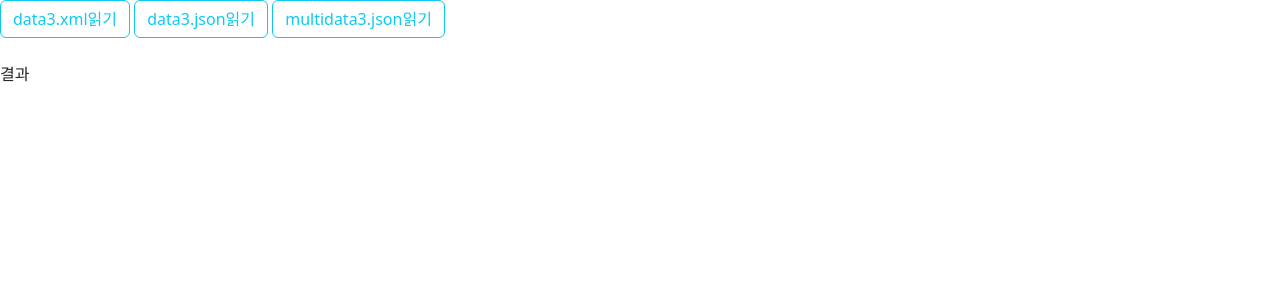
Repository: GANADAG/jspProject
Page: JspProject/src/main/webapp/ajax0304/readData3.html
These files come from the project's save history. The page is drawn as it stood at one moment and after the next save; the edit follows.
The browser window is 1280 px wide. The pictures show the whole page.
Some web fonts or font styles are not loaded; a fallback is used.

Above is the page before, as saved 2024-03-04 05:46:44.
Console error: SyntaxError: Unexpected end of input

### JspProject/src/main/webapp/ajax0304/readData3.html
<!DOCTYPE html>
<html>
<head>
<meta charset="UTF-8">
<link href="https://cdn.jsdelivr.net/npm/bootstrap@5.3.2/dist/css/bootstrap.min.css" rel="stylesheet">
<link href="https://fonts.googleapis.com/css2?family=Diphylleia&family=Dongle&family=Noto+Sans+KR:wght@100..900&family=Orbit&family=Stylish&display=swap" rel="stylesheet">
<script src="https://code.jquery.com/jquery-3.7.0.js"></script>
<title>Insert title here</title>

</head>
<body>
	<button type="button" class="btn btn-outline-info"
	id="btn1">data3.xml읽기</button>

	<button type="button" class="btn btn-outline-info"
	id="btn2">data3.json읽기</button>

	<button type="button" class="btn btn-outline-info"
	id="btn3">multidata3.json읽기</button>

	<br><br>
	<div id="result">결과</div>

	<script type="text/javascript">
	$(function(){
	//xml3
	$("#btn1").click(function(){
		$.ajax({
			type:"get",
			url:"data3.xml",
			dataType:"xml",
			success:function(data){
				var s="";
				//idx는 0부터,ele는 각 태그값,여기서는 stu각각이 ele로 넘어옴
				$(data).find("stu").each(function(idx,ele){
					var e=$(ele);
					s+="idx:"+idx+"<br>";
					s+="이름: "+e.attr("name")+"<br>";
					s+="Java: "+e.find("java").text()+"<br>";
					s+="Spring: "+e.find("spring").text()+"<br>";
					s+="Ajax: "+e.find("ajax").text()+"<br>";
					s+="==========================<br>";

				});

				$("#result").html(s);



			}
		})
	});

	$("#btn2").clicck(function(){
		var s="";
		$.ajax({
			type:"get",
			url:"data3.json",
			dataType:"json",
			success:function(data){
				$.each(data,function(idx,ele){
					s+="idx: "+idx+"<br>";
					s+="Name: "+ele.name+"<br>";
					s+="city: "+ele.city+"<br>";
					s+="hp: "+ele.hp+"<br>";
					s+="detailaddr: "+(ele.detailaddr==null?"상세주소없음":ele.detailaddr)+"<br>";
				});
				$("#result").html(s);
			}
		});
	});


	</script>
</body>
</html>

After the next save:
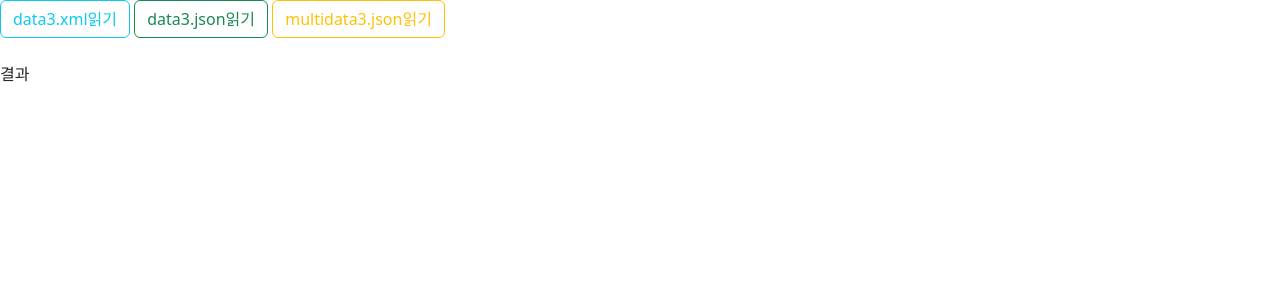
The error is gone.
Saved 19 min 17 s later.
--- a/JspProject/src/main/webapp/ajax0304/readData3.html
+++ b/JspProject/src/main/webapp/ajax0304/readData3.html
@@ -3,74 +3,112 @@
 <head>
 <meta charset="UTF-8">
 <link href="https://cdn.jsdelivr.net/npm/bootstrap@5.3.2/dist/css/bootstrap.min.css" rel="stylesheet">
-<link href="https://fonts.googleapis.com/css2?family=Diphylleia&family=Dongle&family=Noto+Sans+KR:wght@100..900&family=Orbit&family=Stylish&display=swap" rel="stylesheet">
+<link href="https://fonts.googleapis.com/css2?family=Dongle&family=Gaegu&family=Nanum+Pen+Script&family=Noto+Sans+KR:wght@100..900&family=Noto+Serif+KR&display=swap" rel="stylesheet">
 <script src="https://code.jquery.com/jquery-3.7.0.js"></script>
 <title>Insert title here</title>
-
 </head>
 <body>
-	<button type="button" class="btn btn-outline-info"
-	id="btn1">data3.xml읽기</button>
+  <button type="button" class="btn btn-outline-info"
+  id="btn1">data3.xml읽기</button>
 
-	<button type="button" class="btn btn-outline-info"
-	id="btn2">data3.json읽기</button>
+   <button type="button" class="btn btn-outline-success"
+  id="btn2">data3.json읽기</button>
 
-	<button type="button" class="btn btn-outline-info"
-	id="btn3">multidata3.json읽기</button>
+  <button type="button" class="btn btn-outline-warning"
+  id="btn3">multidata3.json읽기</button>
+  <br><br>
+  <div id="result">결과</div>
 
-	<br><br>
-	<div id="result">결과</div>
+  <script type="text/javascript">
+      $("#btn1").click(function(){
 
-	<script type="text/javascript">
-	$(function(){
-	//xml3
-	$("#btn1").click(function(){
-		$.ajax({
-			type:"get",
-			url:"data3.xml",
-			dataType:"xml",
-			success:function(data){
-				var s="";
-				//idx는 0부터,ele는 각 태그값,여기서는 stu각각이 ele로 넘어옴
-				$(data).find("stu").each(function(idx,ele){
-					var e=$(ele);
-					s+="idx:"+idx+"<br>";
-					s+="이름: "+e.attr("name")+"<br>";
-					s+="Java: "+e.find("java").text()+"<br>";
-					s+="Spring: "+e.find("spring").text()+"<br>";
-					s+="Ajax: "+e.find("ajax").text()+"<br>";
-					s+="==========================<br>";
+    	  $.ajax({
+    		  type:"get",
+    		  url:"data3.xml",
+    		  dataType:"xml",
+    		  success:function(data){
 
-				});
+    			  var s="";
+    			  //idx는 0부터,ele는 각태그값,여기서는 stu각각이 ele로 넘어옴
+    			  $(data).find("stu").each(function(idx,ele){
+    				  var e=$(ele);
 
-				$("#result").html(s);
+    				  s+="idx:"+idx+"<br>";
+    				  s+="이름: "+e.attr("name")+"<br>";
+    				  s+="Java: "+e.find("java").text()+"<br>";
+    				  s+="Spring: "+e.find("spring").text()+"<br>";
+    				  s+="Ajax: "+e.find("ajax").text()+"<br>";
+    				  s+="--------------------<br>";
+    			  });
+
+    			  $("#result").html(s);
+    		  }
+    	  })
+      });
+
+      $("#btn2").click(function(){
+
+    	  var s="";
+
+    	  $.ajax({
+
+    		  type:"get",
+    		  url:"data3.json",
+    		  dataType:"json",
+    		  success:function(data){
+
+    			  $.each(data,function(idx,ele){
+    				  s+="idx: "+idx+"<br>";
+    				  s+="Name: "+ele.name+"<br>";
+    				  s+="city: "+ele.city+"<br>";
+    				  s+="hp: "+ele.hp+"<br>";
+    				  s+="detailaddr: "+(ele.detailaddr==null?"상세주소없음":ele.detailaddr)+"<br>";
+    			  });
+
+    			  $("#result").html(s);
+    		  }
+    	  });
+      });
 
 
+      $("#btn3").click(function(){
 
-			}
-		})
-	});
+    	  var s="";
 
-	$("#btn2").clicck(function(){
-		var s="";
-		$.ajax({
-			type:"get",
-			url:"data3.json",
-			dataType:"json",
-			success:function(data){
-				$.each(data,function(idx,ele){
-					s+="idx: "+idx+"<br>";
-					s+="Name: "+ele.name+"<br>";
-					s+="city: "+ele.city+"<br>";
-					s+="hp: "+ele.hp+"<br>";
-					s+="detailaddr: "+(ele.detailaddr==null?"상세주소없음":ele.detailaddr)+"<br>";
-				});
-				$("#result").html(s);
-			}
-		});
-	});
+    	  $.ajax({
+    		  type:"get",
+    		  url:"multidata3.json",
+    		  dataType:"json",
+    		  success:function(data){
 
+    			  $.each(data,function(idx,ele){
 
-	</script>
+    				  s+="idx: "+idx+"<br>";
+    				  s+="이름: "+ele.name+"<br>";
+    				  s+="취미: ";
+
+    				  if(ele.hobby==null)
+    					  s+="취미없음<br>";
+    					  else{
+    						$.each(ele.hobby,function(i,h){
+    							s+="["+h+"]";
+    						}) ;
+
+    						s+="<br>";
+    					  }
+    				  s+="핸드폰:"+(ele.hp==null?"핸드폰없음":ele.hp)+"<br>";
+    				  s+="주소: "+ele.addr+"<br>";
+    				  s+="============================<br>";
+
+    			  })
+
+    			  $("#result").html(s);
+
+    		  }
+    	  })
+
+      });
+  </script>
+
 </body>
 </html>
